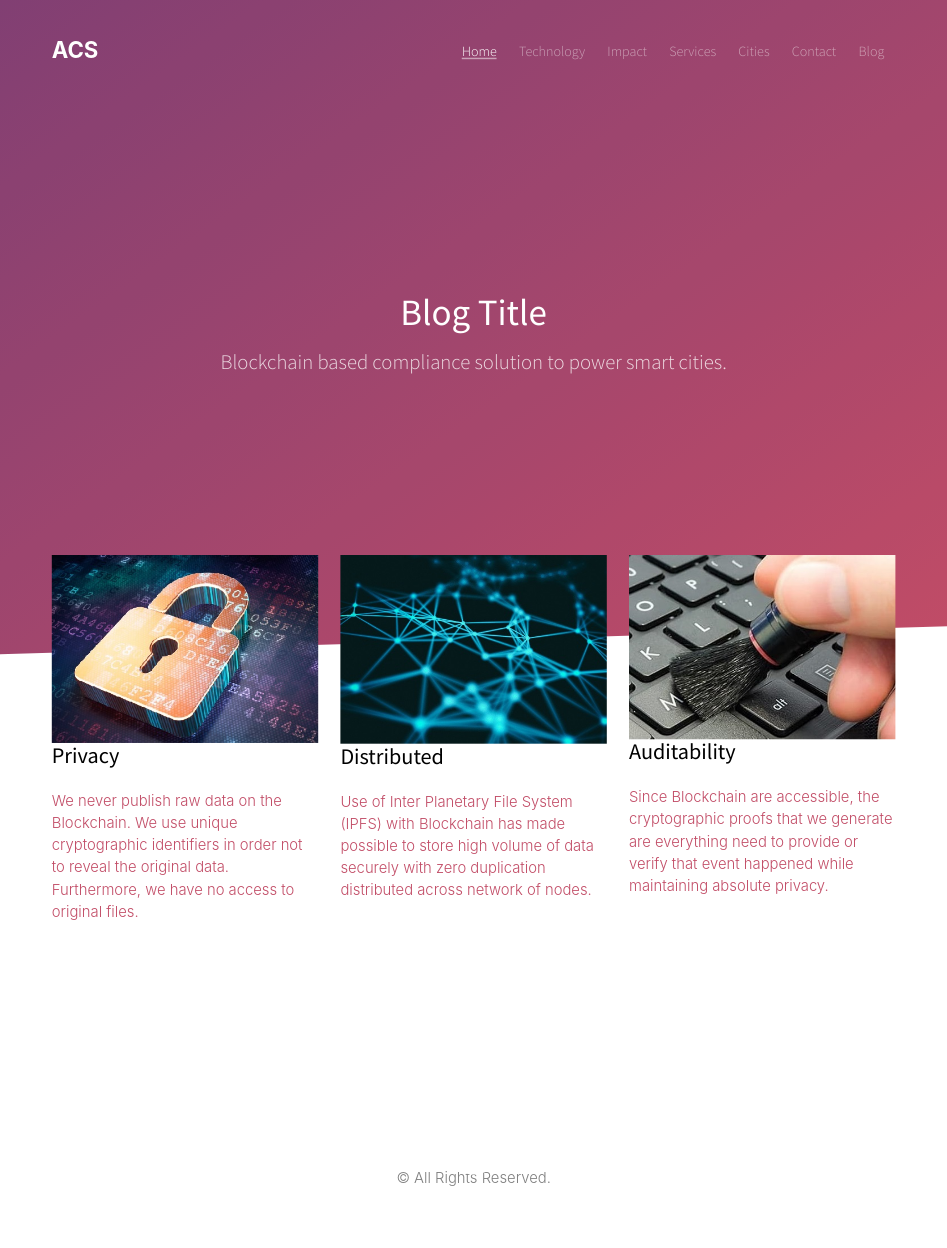
Repository: agarwalrahul-22/acs
Page: /blog
The author's editor kept a copy of each file at every save. The page is drawn from the files as they stood at one save, then again after the next save.
The browser window is 1280 px wide. The pictures show the whole page, at 74% of full size.
Some web fonts or font styles are not loaded; a fallback is used. The project was rebuilt for these pictures with package versions that can differ from the ones it lists, and the page was loaded fresh each time. Also part of the build but not shown: src/components/main/LandingComponent.js, src/components/main/TechComponent.js, src/components/main/ImpactComponent.js, src/components/main/ServicesComponent.js, src/components/main/CitiesComponent.js, src/components/MainComponent.js.

Above is the page before, as saved 2022-10-10 22:01:36.

### public/index.html
<!DOCTYPE html>
<html lang="en">
  <head>
    <meta charset="utf-8" />
    <link rel="icon" href="%PUBLIC_URL%/favicon.ico" />
    <meta name="viewport" content="width=device-width, initial-scale=1" />
    <meta name="theme-color" content="#000000" />
    <meta name="description" content="Blockchain based Atithi Compliance System" />
    <link rel="apple-touch-icon" href="%PUBLIC_URL%/logo192.png" />
    <link href='https://fonts.googleapis.com/css?family=Source+Sans+Pro:400,300,600,400italic,700' rel='stylesheet'
      type='text/css'>
    <link rel="stylesheet" href="css/animate.css">
    <link rel="stylesheet" href="css/icomoon.css">
    <link rel="stylesheet" href="css/simple-line-icons.css">
    <link rel="stylesheet" href="css/magnific-popup.css">
    <link rel="stylesheet" href="css/bootstrap.css">
    <link rel="stylesheet" href="css/style3.css">
    <!--
      manifest.json provides metadata used when your web app is installed on a
      user's mobile device or desktop. See https://developers.google.com/web/fundamentals/web-app-manifest/
    -->
    <link rel="manifest" href="%PUBLIC_URL%/manifest.json" />
    <!--
      Notice the use of %PUBLIC_URL% in the tags above.
      It will be replaced with the URL of the `public` folder during the build.
      Only files inside the `public` folder can be referenced from the HTML.

      Unlike "/favicon.ico" or "favicon.ico", "%PUBLIC_URL%/favicon.ico" will
      work correctly both with client-side routing and a non-root public URL.
      Learn how to configure a non-root public URL by running `npm run build`.
    -->
    <title>Atithi Compliance System</title>
  </head>
  <body>
    <noscript>You need to enable JavaScript to run this app.</noscript>
    <div id="root"></div>
    <!--
      This HTML file is a template.
      If you open it directly in the browser, you will see an empty page.

      You can add webfonts, meta tags, or analytics to this file.
      The build step will place the bundled scripts into the <body> tag.

      To begin the development, run `npm start` or `yarn start`.
      To create a production bundle, use `npm run build` or `yarn build`.
    -->
  </body>
</html>

### src/components/BlogComponent.js
import React from 'react'
import report from "../images/report.svg";
import blockchain from "../images/blockchain.svg";
import img7 from "../images/img_7.jpg";
import img8 from "../images/img_8.jpg";
import img10 from "../images/img_10.jpg";
import fullimage2 from "../images/full_image_2.jpg";
import privacy from "../images/privacy_acs.jpg";
import distributed from "../images/distributed_acs.jpg";
import audit from "../images/audit_acs.jpg";
function BlogComponent() {
  return (
    <div>
      <section
        id="fh5co-home"
        data-section="home"
        style={{ backgroundImage: { fullimage2 } }}
        data-stellar-background-ratio="0.5"
      >
        <div className="gradient"></div>
        <div className="container">
          <div className="text-wrap">
            <div className="text-inner">
              <h1 className="to-animate">Blog Title </h1>
              <h2 className="to-animate">
                Blockchain based compliance solution to power smart cities.
              </h2>
            </div>
          </div>
        </div>
        <div className="slant"></div>
      </section>
      <section id="fh5co-intro">
        <div className="container">
          <div className="row row-bottom-padded-lg">
            <div className="col-md-4 col-sm-6 col-xxs-12">
              <a
                href={privacy}
                className="fh5co-project-item image-popup to-animate"
              >
                <img src={privacy} alt="Image" className="img-responsive" />
                <div className="fh5co-text">
                  <h2>Privacy</h2>
                  <span>
                    We never publish raw data on the Blockchain. We use unique
                    cryptographic identifiers in order not to reveal the
                    original data. Furthermore, we have no access to original
                    files.
                  </span>
                </div>
              </a>
            </div>
            <div className="col-md-4 col-sm-6 col-xxs-12">
              <a
                href={distributed}
                className="fh5co-project-item image-popup to-animate"
              >
                <img src={distributed} alt="Image" className="img-responsive" />
                <div className="fh5co-text">
                  <h2>Distributed</h2>
                  <span>
                    Use of Inter Planetary File System (IPFS) with Blockchain
                    has made possible to store high volume of data securely with
                    zero duplication distributed across network of nodes.
                  </span>
                </div>
              </a>
            </div>
            <div className="col-md-4 col-sm-6 col-xxs-12">
              <a
                href={audit}
                className="fh5co-project-item image-popup to-animate"
              >
                <img src={audit} alt="Image" className="img-responsive" />
                <div className="fh5co-text">
                  <h2>Auditability</h2>
                  <span>
                    Since Blockchain are accessible, the cryptographic proofs
                    that we generate are everything need to provide or verify
                    that event happened while maintaining absolute privacy.
                  </span>
                </div>
              </a>
            </div>
          </div>
        </div>
      </section>
    </div>
  );
}

export default BlogComponent;

### public/css/simple-line-icons.css
@font-face {
  font-family: 'simple-line-icons';
  src:  url('../fonts/simple-line-icons/Simple-Line-Icons.eot?v=2.2.2');
  src:  url('../fonts/simple-line-icons/Simple-Line-Icons.eot?#iefix&v=2.2.2') format('embedded-opentype'),
        url('../fonts/simple-line-icons/Simple-Line-Icons.ttf?v=2.2.2') format('truetype'),
        url('../fonts/simple-line-icons/Simple-Line-Icons.woff2?v=2.2.2') format('woff2'),
        url('../fonts/simple-line-icons/Simple-Line-Icons.woff?v=2.2.2') format('woff'),
        url('../fonts/simple-line-icons/Simple-Line-Icons.svg?v=2.2.2#simple-line-icons') format('svg');
  font-weight: normal;
  font-style: normal;
}
/*
 Use the following CSS code if you want to have a class per icon.
 Instead of a list of all class selectors, you can use the generic [class*="icon-"] selector, but it's slower:
*/
.icon-user,
.icon-people,
.icon-user-female,
.icon-user-follow,
.icon-user-following,
.icon-user-unfollow,
.icon-login,
.icon-logout,
.icon-emotsmile,
.icon-phone,
.icon-call-end,
.icon-call-in,
.icon-call-out,
.icon-map,
.icon-location-pin,
.icon-direction,
.icon-directions,
.icon-compass,
.icon-layers,
.icon-menu,
.icon-list,
.icon-options-vertical,
.icon-options,
.icon-arrow-down,
.icon-arrow-left,
.icon-arrow-right,
.icon-arrow-up,
.icon-arrow-up-circle,
.icon-arrow-left-circle,
.icon-arrow-right-circle,
.icon-arrow-down-circle,
.icon-check,
.icon-clock,
.icon-plus,
.icon-close,
.icon-trophy,
.icon-screen-smartphone,
.icon-screen-desktop,
.icon-plane,
.icon-notebook,
.icon-mustache,
.icon-mouse,
.icon-magnet,
.icon-energy,
.icon-disc,
.icon-cursor,
.icon-cursor-move,
.icon-crop,
.icon-chemistry,
.icon-speedometer,
.icon-shield,
.icon-screen-tablet,
.icon-magic-wand,
.icon-hourglass,
.icon-graduation,
.icon-ghost,
.icon-game-controller,
.icon-fire,
.icon-eyeglass,
.icon-envelope-open,
.icon-envelope-letter,
.icon-bell,
.icon-badge,
.icon-anchor,
.icon-wallet,
.icon-vector,
.icon-speech,
.icon-puzzle,
.icon-printer,
.icon-present,
.icon-playlist,
.icon-pin,
.icon-picture,
.icon-handbag,
.icon-globe-alt,
.icon-globe,
.icon-folder-alt,
.icon-folder,
.icon-film,
.icon-feed,
.icon-drop,
.icon-drawar,
.icon-docs,
.icon-doc,
.icon-diamond,
.icon-cup,
.icon-calculator,
.icon-bubbles,
.icon-briefcase,
.icon-book-open,
.icon-basket-loaded,
.icon-basket,
.icon-bag,
.icon-action-undo,
.icon-action-redo,
.icon-wrench,
.icon-umbrella,
.icon-trash,
.icon-tag,
.icon-support,
.icon-frame,
.icon-size-fullscreen,
.icon-size-actual,
.icon-shuffle,
.icon-share-alt,
.icon-share,
.icon-rocket,
.icon-question,
.icon-pie-chart,
.icon-pencil,
.icon-note,
.icon-loop,
.icon-home,
.icon-grid,
.icon-graph,
.icon-microphone,
.icon-music-tone-alt,
.icon-music-tone,
.icon-earphones-alt,
.icon-earphones,
.icon-equalizer,
.icon-like,
.icon-dislike,
.icon-control-start,
.icon-control-rewind,
.icon-control-play,
.icon-control-pause,
.icon-control-forward,
.icon-control-end,
.icon-volume-1,
.icon-volume-2,
.icon-volume-off,
.icon-calendar,
.icon-bulb,
.icon-chart,
.icon-ban,
.icon-bubble,
.icon-camrecorder,
.icon-camera,
.icon-cloud-download,
.icon-cloud-upload,
.icon-envelope,
.icon-eye,
.icon-flag,
.icon-heart,
.icon-info,
.icon-key,
.icon-link,
.icon-lock,
.icon-lock-open,
.icon-magnifier,
.icon-magnifier-add,
.icon-magnifier-remove,
.icon-paper-clip,
.icon-paper-plane,
.icon-power,
.icon-refresh,
.icon-reload,
.icon-settings,
.icon-star,
.icon-symble-female,
.icon-symbol-male,
.icon-target,
.icon-credit-card,
.icon-paypal,
.icon-social-tumblr,
.icon-social-twitter,
.icon-social-facebook,
.icon-social-instagram,
.icon-social-linkedin,
.icon-social-pinterest,
.icon-social-github,
.icon-social-gplus,
.icon-social-reddit,
.icon-social-skype,
.icon-social-dribbble,
.icon-social-behance,
.icon-social-foursqare,
.icon-social-soundcloud,
.icon-social-spotify,
.icon-social-stumbleupon,
.icon-social-youtube,
.icon-social-dropbox {
  font-family: 'simple-line-icons';
  speak: none;
  font-style: normal;
  font-weight: normal;
  font-variant: normal;
  text-transform: none;
  line-height: 1;
  /* Better Font Rendering =========== */
  -webkit-font-smoothing: antialiased;
  -moz-osx-font-smoothing: grayscale;
}
.icon-user:before {
  content: "\e005";
}
.icon-people:before {
  content: "\e001";
}
.icon-user-female:before {
  content: "\e000";
}
.icon-user-follow:before {
  content: "\e002";
}
.icon-user-following:before {
  content: "\e003";
}
.icon-user-unfollow:before {
  content: "\e004";
}
.icon-login:before {
  content: "\e066";
}
.icon-logout:before {
  content: "\e065";
}
.icon-emotsmile:before {
  content: "\e021";
}
.icon-phone:before {
  content: "\e600";
}
.icon-call-end:before {
  content: "\e048";
}
.icon-call-in:before {
  content: "\e047";
}
.icon-call-out:before {
  content: "\e046";
}
.icon-map:before {
  content: "\e033";
}
.icon-location-pin:before {
  content: "\e096";
}
.icon-direction:before {
  content: "\e042";
}
.icon-directions:before {
  content: "\e041";
}
.icon-compass:before {
  content: "\e045";
}
.icon-layers:before {
  content: "\e034";
}
.icon-menu:before {
  content: "\e601";
}
.icon-list:before {
  content: "\e067";
}
.icon-options-vertical:before {
  content: "\e602";
}
.icon-options:before {
  content: "\e603";
}
.icon-arrow-down:before {
  content: "\e604";
}
.icon-arrow-left:before {
  content: "\e605";
}
.icon-arrow-right:before {
  content: "\e606";
}
.icon-arrow-up:before {
  content: "\e607";
}
.icon-arrow-up-circle:before {
  content: "\e078";
}
.icon-arrow-left-circle:before {
  content: "\e07a";
}
.icon-arrow-right-circle:before {
  content: "\e079";
}
.icon-arrow-down-circle:before {
  content: "\e07b";
}
.icon-check:before {
  content: "\e080";
}
.icon-clock:before {
  content: "\e081";
}
.icon-plus:before {
  content: "\e095";
}
.icon-close:before {
  content: "\e082";
}
.icon-trophy:before {
  content: "\e006";
}
.icon-screen-smartphone:before {
  content: "\e010";
}
.icon-screen-desktop:before {
  content: "\e011";
}
.icon-plane:before {
  content: "\e012";
}
.icon-notebook:before {
  content: "\e013";
}
.icon-mustache:before {
  content: "\e014";
}
.icon-mouse:before {
  content: "\e015";
}
.icon-magnet:before {
  content: "\e016";
}
.icon-energy:before {
  content: "\e020";
}
.icon-disc:before {
  content: "\e022";
}
.icon-cursor:before {
  content: "\e06e";
}
.icon-cursor-move:before {
  content: "\e023";
}
.icon-crop:before {
  content: "\e024";
}
.icon-chemistry:before {
  content: "\e026";
}
.icon-speedometer:before {
  content: "\e007";
}
.icon-shield:before {
  content: "\e00e";
}
.icon-screen-tablet:before {
  content: "\e00f";
}
.icon-magic-wand:before {
  content: "\e017";
}
.icon-hourglass:before {
  content: "\e018";
}
.icon-graduation:before {
  content: "\e019";
}
.icon-ghost:before {
  content: "\e01a";
}
.icon-game-controller:before {
  content: "\e01b";
}
.icon-fire:before {
  content: "\e01c";
}
.icon-eyeglass:before {
  content: "\e01d";
}
.icon-envelope-open:before {
  content: "\e01e";
}
.icon-envelope-letter:before {
  content: "\e01f";
}
.icon-bell:before {
  content: "\e027";
}
.icon-badge:before {
  content: "\e028";
}
.icon-anchor:before {
  content: "\e029";
}
.icon-wallet:before {
  content: "\e02a";
}
.icon-vector:before {
  content: "\e02b";
}
.icon-speech:before {
  content: "\e02c";
}
.icon-puzzle:before {
  content: "\e02d";
}
.icon-printer:before {
  content: "\e02e";
}
.icon-present:before {
  content: "\e02f";
}
.icon-playlist:before {
  content: "\e030";
}
.icon-pin:before {
  content: "\e031";
}
.icon-picture:before {
  content: "\e032";
}
.icon-handbag:before {
  content: "\e035";
}
.icon-globe-alt:before {
  content: "\e036";
}
.icon-globe:before {
  content: "\e037";
}
.icon-folder-alt:before {
  content: "\e039";
}
.icon-folder:before {
  content: "\e089";
}
.icon-film:before {
  content: "\e03a";
}
.icon-feed:before {
  content: "\e03b";
}
.icon-drop:before {
  content: "\e03e";
}
.icon-drawar:before {
  content: "\e03f";
}
.icon-docs:before {
  content: "\e040";
}
.icon-doc:before {
  content: "\e085";
}
.icon-diamond:before {
  content: "\e043";
}
.icon-cup:before {
  content: "\e044";
}
.icon-calculator:before {
  content: "\e049";
}
.icon-bubbles:before {
  content: "\e04a";
}
.icon-briefcase:before {
  content: "\e04b";
}
.icon-book-open:before {
  content: "\e04c";
}
.icon-basket-loaded:before {
  content: "\e04d";
}
.icon-basket:before {
  content: "\e04e";
}
.icon-bag:before {
  content: "\e04f";
}
.icon-action-undo:before {
  content: "\e050";
}
.icon-action-redo:before {
  content: "\e051";
}
.icon-wrench:before {
  content: "\e052";
}
.icon-umbrella:before {
  content: "\e053";
}
.icon-trash:before {
  content: "\e054";
}
.icon-tag:before {
  content: "\e055";
}
.icon-support:before {
  content: "\e056";
}
.icon-frame:before {
  content: "\e038";
}
.icon-size-fullscreen:before {
  content: "\e057";
}
.icon-size-actual:before {
  content: "\e058";
}
.icon-shuffle:before {
  content: "\e059";
}
.icon-share-alt:before {
  content: "\e05a";
}
.icon-share:before {
  content: "\e05b";
}
.icon-rocket:before {
  content: "\e05c";
}
.icon-question:before {
  content: "\e05d";
}
.icon-pie-chart:before {
  content: "\e05e";
}
.icon-pencil:before {
  content: "\e05f";
}
.icon-note:before {
  content: "\e060";
}
.icon-loop:before {
  content: "\e064";
}
.icon-home:before {
  content: "\e069";
}
.icon-grid:before {
  content: "\e06a";
}
.icon-graph:before {
  content: "\e06b";
}
.icon-microphone:before {
  content: "\e063";
}
.icon-music-tone-alt:before {
  content: "\e061";
}
.icon-music-tone:before {
  content: "\e062";
}
.icon-earphones-alt:before {
  content: "\e03c";
}
.icon-earphones:before {
  content: "\e03d";
}
.icon-equalizer:before {
  content: "\e06c";
}
.icon-like:before {
  content: "\e068";
}
.icon-dislike:before {
  content: "\e06d";
}
.icon-control-start:before {
  content: "\e06f";
}
.icon-control-rewind:before {
  content: "\e070";
}
.icon-control-play:before {
  content: "\e071";
}
.icon-control-pause:before {
  content: "\e072";
}
.icon-control-forward:before {
  content: "\e073";
}
.icon-control-end:before {
  content: "\e074";
}
.icon-volume-1:before {
  content: "\e09f";
}
.icon-volume-2:before {
  content: "\e0a0";
}
.icon-volume-off:before {
  content: "\e0a1";
}
.icon-calendar:before {
  content: "\e075";
}
.icon-bulb:before {
  content: "\e076";
}
.icon-chart:before {
  content: "\e077";
}
.icon-ban:before {
  content: "\e07c";
}
.icon-bubble:before {
  content: "\e07d";
}
.icon-camrecorder:before {
  content: "\e07e";
}
.icon-camera:before {
  content: "\e07f";
}
.icon-cloud-download:before {
  content: "\e083";
}
.icon-cloud-upload:before {
  content: "\e084";
}
.icon-envelope:before {
  content: "\e086";
}
.icon-eye:before {
  content: "\e087";
}
.icon-flag:before {
  content: "\e088";
}
.icon-heart:before {
  content: "\e08a";
}
.icon-info:before {
  content: "\e08b";
}
.icon-key:before {
  content: "\e08c";
}
.icon-link:before {
  content: "\e08d";
}
.icon-lock:before {
  content: "\e08e";
}
.icon-lock-open:before {
  content: "\e08f";
}
.icon-magnifier:before {
  content: "\e090";
}
.icon-magnifier-add:before {
  content: "\e091";
}
.icon-magnifier-remove:before {
  content: "\e092";
}
.icon-paper-clip:before {
  content: "\e093";
}
.icon-paper-plane:before {
  content: "\e094";
}
.icon-power:before {
  content: "\e097";
}
.icon-refresh:before {
  content: "\e098";
}
.icon-reload:before {
  content: "\e099";
}
.icon-settings:before {
  content: "\e09a";
}
.icon-star:before {
  content: "\e09b";
}
.icon-symble-female:before {
  content: "\e09c";
}
.icon-symbol-male:before {
  content: "\e09d";
}
.icon-target:before {
  content: "\e09e";
}
.icon-credit-card:before {
  content: "\e025";
}
.icon-paypal:before {
  content: "\e608";
}
.icon-social-tumblr:before {
  content: "\e00a";
}
.icon-social-twitter:before {
  content: "\e009";
}
.icon-social-facebook:before {
  content: "\e00b";
}
.icon-social-instagram:before {
  content: "\e609";
}
.icon-social-linkedin:before {
  content: "\e60a";
}
.icon-social-pinterest:before {
  content: "\e60b";
}
.icon-social-github:before {
  content: "\e60c";
}
.icon-social-gplus:before {
  content: "\e60d";
}
.icon-social-reddit:before {
  content: "\e60e";
}
.icon-social-skype:before {
  content: "\e60f";
}
.icon-social-dribbble:before {
  content: "\e00d";
}
.icon-social-behance:before {
  content: "\e610";
}
.icon-social-foursqare:before {
  content: "\e611";
}
.icon-social-soundcloud:before {
  content: "\e612";
}
.icon-social-spotify:before {
  content: "\e613";
}
.icon-social-stumbleupon:before {
  content: "\e614";
}
.icon-social-youtube:before {
  content: "\e008";
}
.icon-social-dropbox:before {
  content: "\e00c";
}

Loaded but not shown: src/index.js (common file); src/index.css (common file); src/reportWebVitals.js (common file); public/css/animate.css (library); public/css/icomoon.css (common file); public/css/magnific-popup.css (library); public/css/bootstrap.css (library); src/components/HeaderComponent.js (68 lines, source omitted); src/App.js (35 lines, source omitted); src/components/FooterComponent.js (20 lines, source omitted); public/css/style3.css (1411 lines, source omitted)

After the next save:
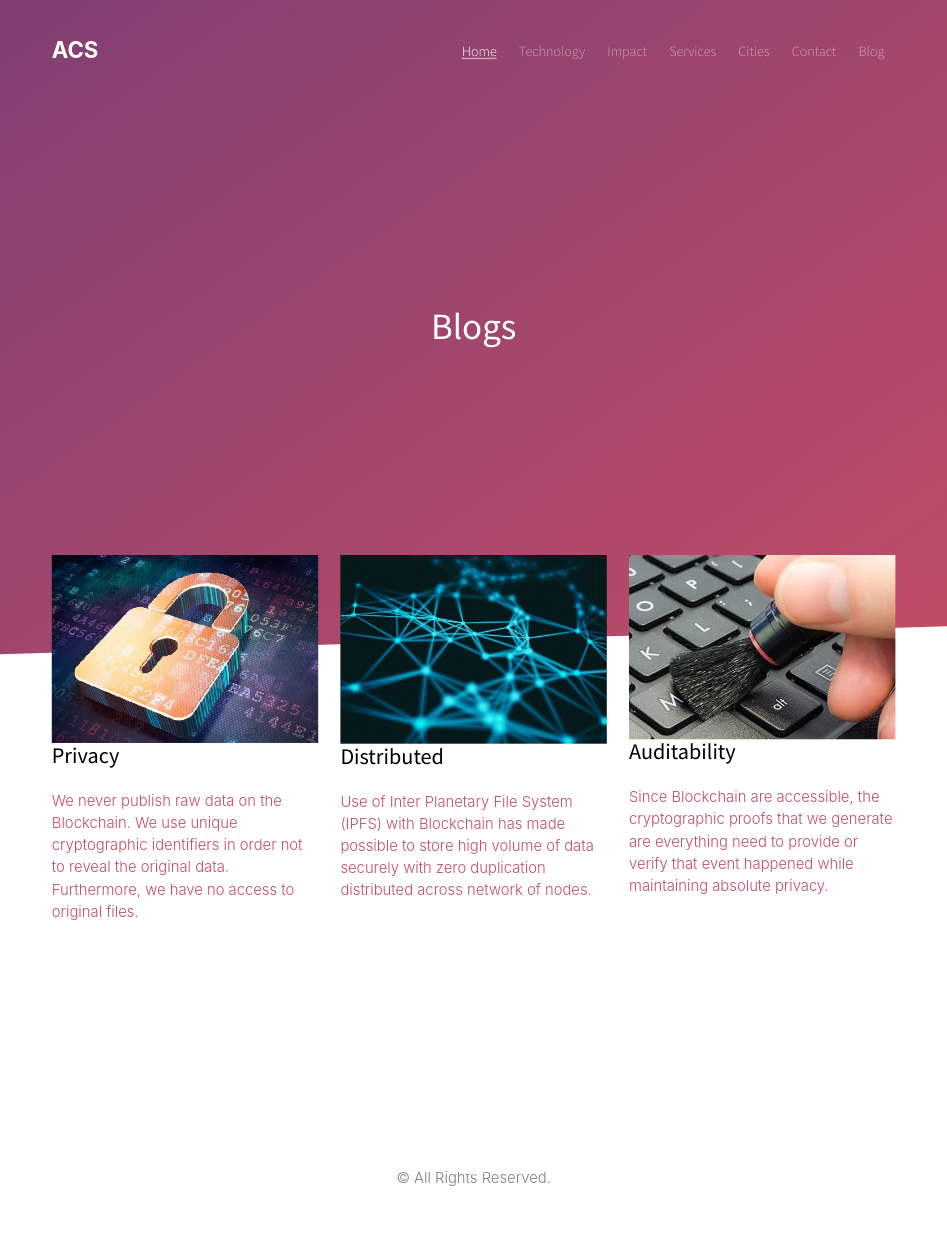
Saved 60 s later.
--- a/src/components/BlogComponent.js
+++ b/src/components/BlogComponent.js
@@ -21,10 +21,7 @@ function BlogComponent() {
         <div className="container">
           <div className="text-wrap">
             <div className="text-inner">
-              <h1 className="to-animate">Blog Title </h1>
-              <h2 className="to-animate">
-                Blockchain based compliance solution to power smart cities.
-              </h2>
+              <h1 className="to-animate">Blogs </h1>
             </div>
           </div>
         </div>
